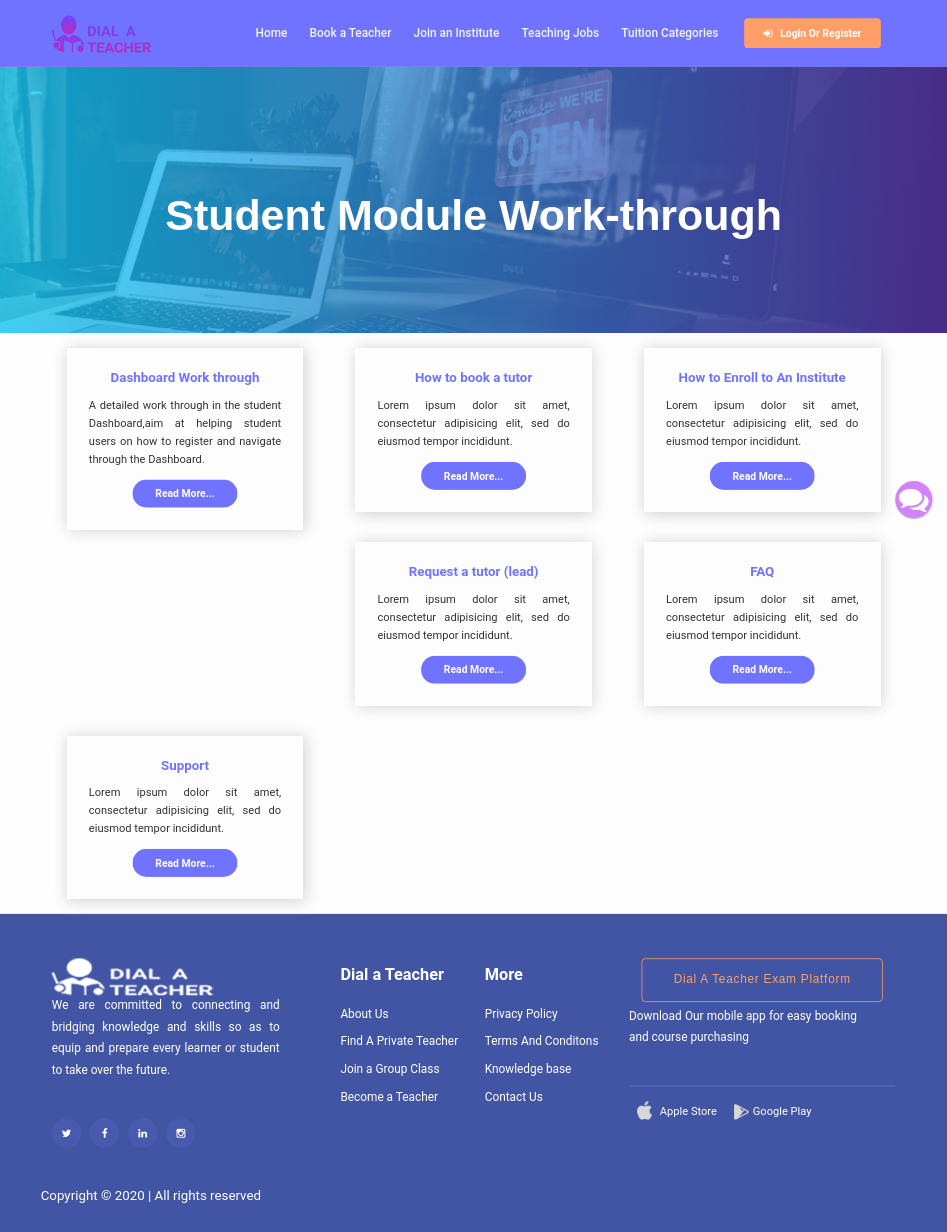
Repository: Samkiroko/DAT_knowledge
Page: stdashboard.html
These files come from the project's save history. The page is drawn as it stood at one moment and after the next save; the edit follows.
The browser window is 1280 px wide. The pictures show the whole page, at 74% of full size.

Above is the page before, as saved 2020-12-15 12:22:48.
Console error: TypeError: e.indexOf is not a function

After the next save:
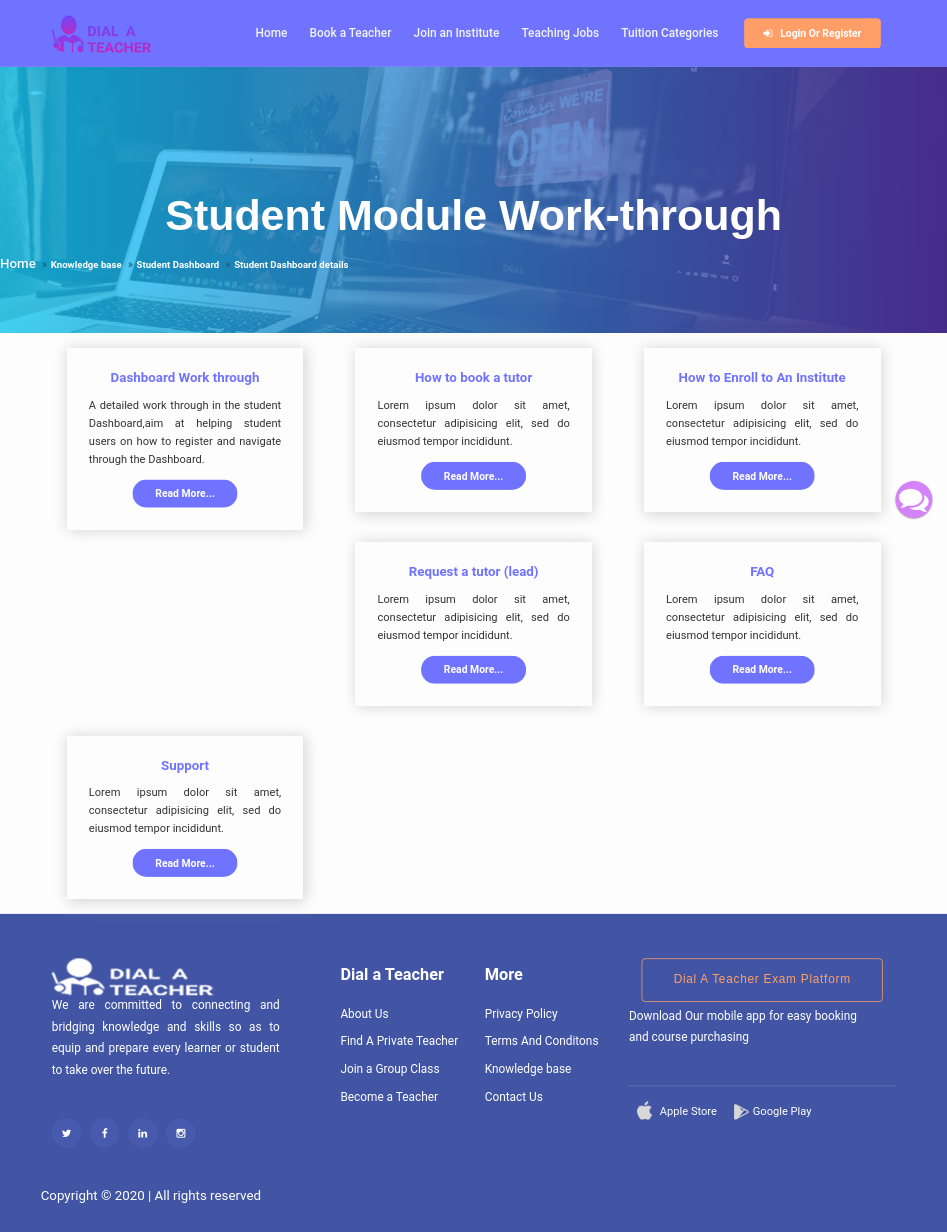
Saved 72 s later.
--- a/stdashboard.html
+++ b/stdashboard.html
@@ -91,6 +91,25 @@
       <div class="container-fluid">
         <div class="mwb-main-page__content-wrapper">
           <h1 class="mwb-main-page__heading">Student Module Work-through</h1>
+          <div class="hero__caption hero__caption2">
+            <!-- breadcrumb Start-->
+            <nav aria-label="breadcrumb">
+              <ol class="breadcrumb">
+                <li class="breadcrumb-item text-white">
+                  <a href="index.html" class="text-white">
+                    <h4>Home</h4>
+                  </a>
+                </li>
+                <li class="breadcrumb-item"><a href="faqs.html" class="text-white">Knowledge base</a></li>
+                <li class="breadcrumb-item"><a href="/stdashboard.html" class="text-white">Student Dashboard</a>
+                </li>
+                <li class="breadcrumb-item"><a href="/details_st_db.html" class="text-white">Student Dashboard
+                    details</a>
+                </li>
+              </ol>
+            </nav>
+            <!-- breadcrumb End -->
+          </div>
         </div>
       </div>
     </div>
